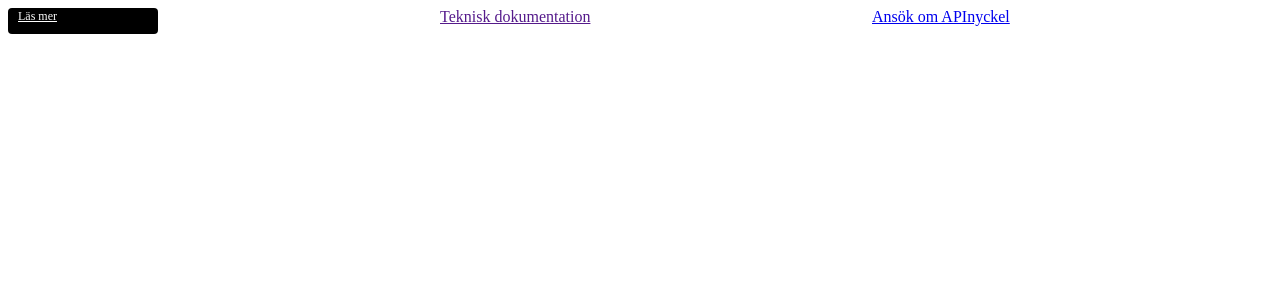
Repository: rudasn/docsy-cms-netlify
Page: layouts/partials/link.html
These files come from the project's save history. The page is drawn as it stood at one moment and after the next save; the edit follows.
The browser window is 1280 px wide. The pictures show the whole page.

Above is the page before, as saved 2021-05-11 12:48:42.

### layouts/partials/link.html

<style>
.button{
background-color: black;
border-radius: 4px;
text-align: start;
max-width: 35%;

padding: 1px 0px;
padding-left: 10px;
padding-bottom: 10px;
font-size: 12px;


color: white

}
.bt_text {
color: white;}

.grid-container {
display: grid;
grid-template-columns: repeat(auto-fit, minmax(100px, 1fr ));

grid-gap: 32px;
grid-auto-flow: dense;

}
.link_right{
float: right;

}
/* Single column display for phones */
@media (max-width: 459px) {
    .grid-container {
      display: flex;
      flex-direction: column;
    }

}

</style>

<div class="grid-container p-0 ml-0">

    <a class="button" href="">Läs mer</a>

    <a class="link_right " href="">Teknisk dokumentation</a>

    <a class="link_right" href="https://apirequest.jobtechdev.se/">Ansök om APInyckel</a>

  </div>


<!--

<div >
    <div class="row m-0">
        <div class="column">
            <button class="list_btn">
                <a class ="bt_text"href="">Läs mer</a>
            </button>
        </div>
        <div class="column">
            <a href="">Teknisk dokumentation</a>
        </div>
        <div class="column">
            <a href="">Ansök om en APInyckel</a>
        </div>
    </div>

</div>
-->

After the next save:
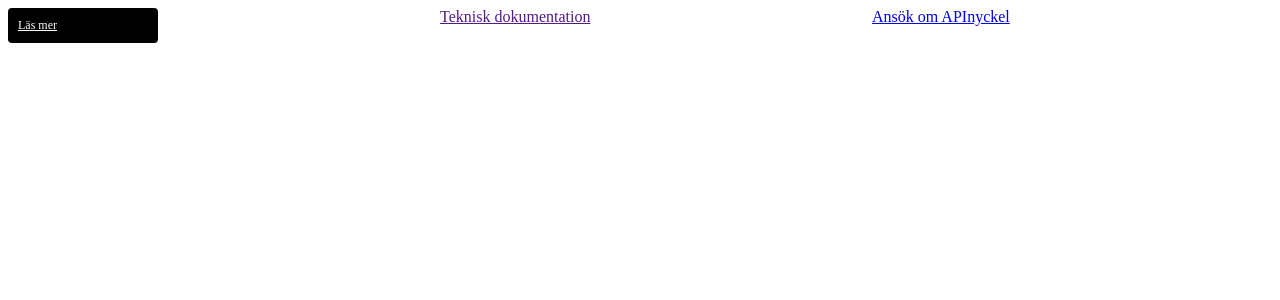
Saved 10 s later.
--- a/layouts/partials/link.html
+++ b/layouts/partials/link.html
@@ -6,7 +6,7 @@ border-radius: 4px;
 text-align: start;
 max-width: 35%;
 
-padding: 1px 0px;
+padding: 10px 0px;
 padding-left: 10px;
 padding-bottom: 10px;
 font-size: 12px;
